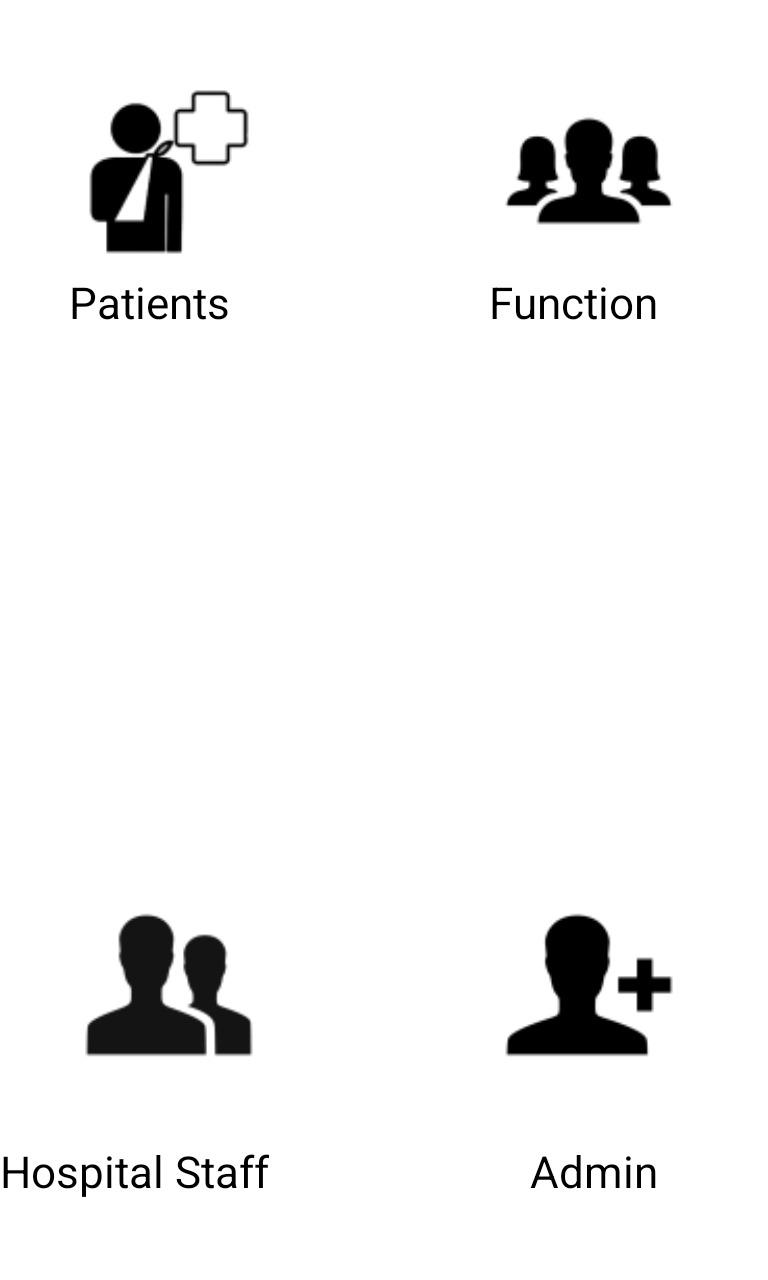
Repository: erwasambo/greendevelopment
Layout: GreenDevelopment/NASCuisine/res/layout/dashboard.xml
An editor plug-in stored every save of this project. The layout is shown before and after the next save, followed by the edit.
It is drawn on a 768 x 1280 px phone screen (xhdpi) without system bars, with theme AppTheme; the app's code is not run.

Above is the layout before, as saved 2013-12-03 05:04:22.

After the next save:
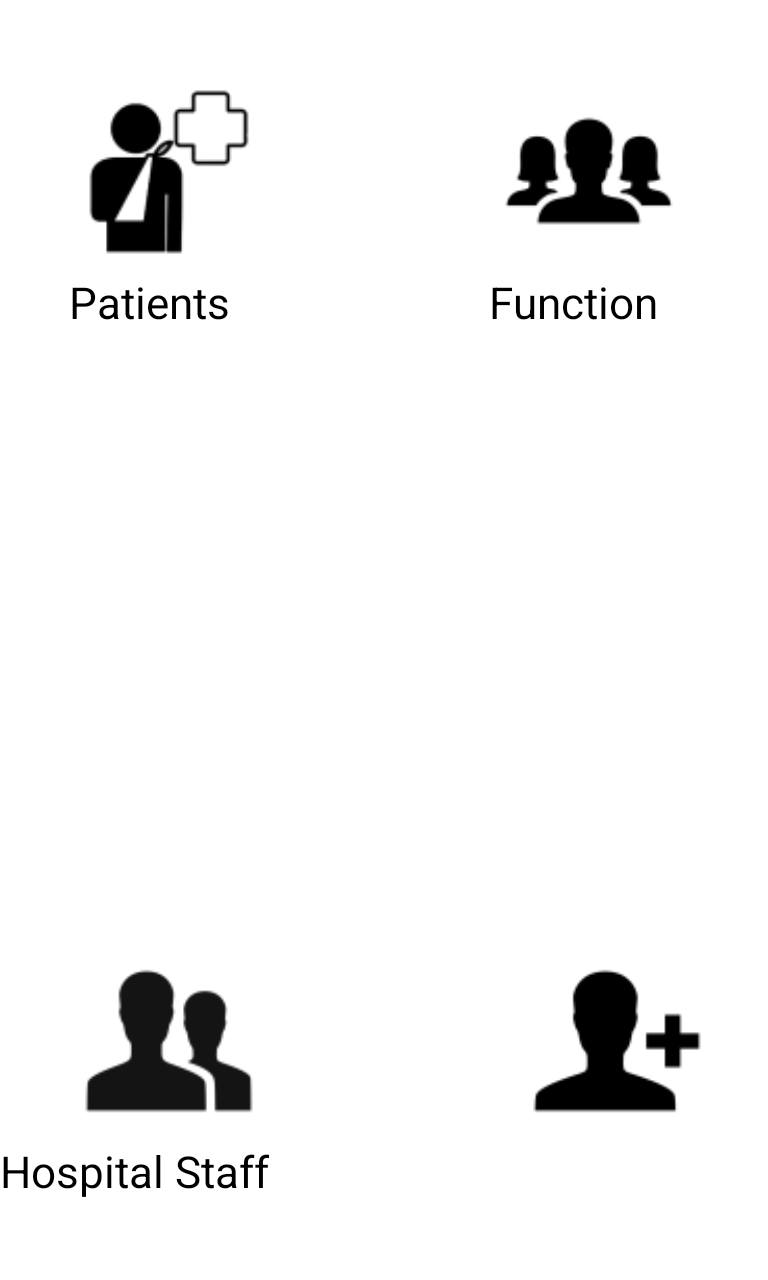
Saved 2 min 35 s later.
--- a/GreenDevelopment/NASCuisine/res/layout/dashboard.xml
+++ b/GreenDevelopment/NASCuisine/res/layout/dashboard.xml
@@ -13,15 +13,6 @@
         android:layout_marginRight="55dp"
         android:text="@string/func"
         android:textAppearance="?android:attr/textAppearanceLarge" />
-
-    <ImageView
-        android:id="@+id/imgadmin"
-        android:layout_width="100dp"
-        android:layout_height="100dp"
-        android:layout_above="@+id/TextView02"
-        android:layout_alignLeft="@+id/textView3"
-        android:layout_marginBottom="28dp"
-        android:src="@drawable/admin" />
 
     <ImageView
         android:id="@+id/imgstaff"
@@ -67,14 +58,13 @@
         android:text="@string/patients"
         android:textAppearance="?android:attr/textAppearanceLarge" />
 
-    <TextView
-        android:id="@+id/TextView02"
-        android:layout_width="wrap_content"
-        android:layout_height="wrap_content"
-        android:layout_alignBaseline="@+id/TextView01"
-        android:layout_alignBottom="@+id/TextView01"
-        android:layout_alignRight="@+id/textView3"
-        android:text="@string/admin"
-        android:textAppearance="?android:attr/textAppearanceLarge" />
+    <ImageView
+        android:id="@+id/imgadmin"
+        android:layout_width="100dp"
+        android:layout_height="100dp"
+        android:layout_above="@+id/TextView01"
+        android:layout_alignLeft="@+id/textView3"
+        android:layout_marginLeft="14dp"
+        android:src="@drawable/admin" />
 
 </RelativeLayout>
